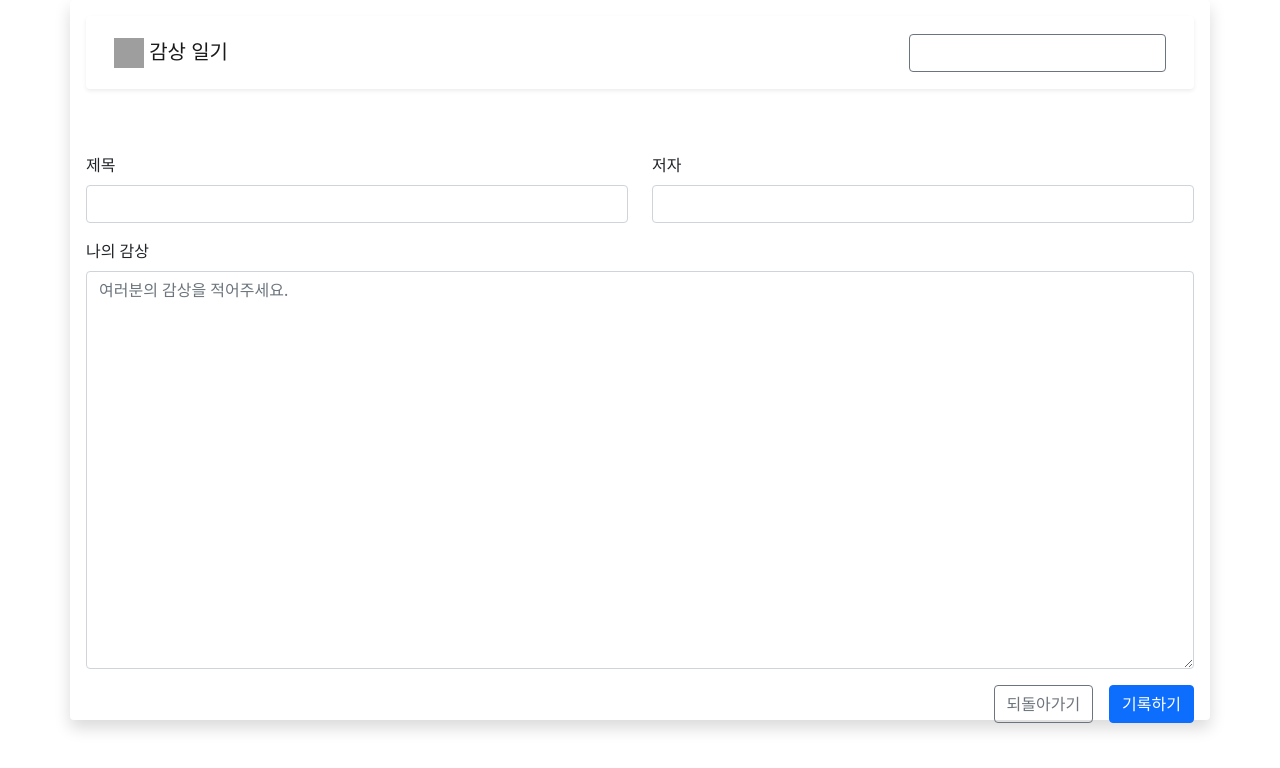
Repository: EunSung98/readMemo
Page: http://localhost/cultureMemoProject/memo/upload.jsp
The author's editor kept a copy of each file at every save. The page is drawn from the files as they stood at one save, then again after the next save.
The browser window is 1280 px wide. The pictures show the whole page.
Pictures or frames that could not be fetched are drawn as grey boxes. The page is served by Tomcat 9.

Above is the page before, as saved 2023-06-07 12:51:29.

After the next save:
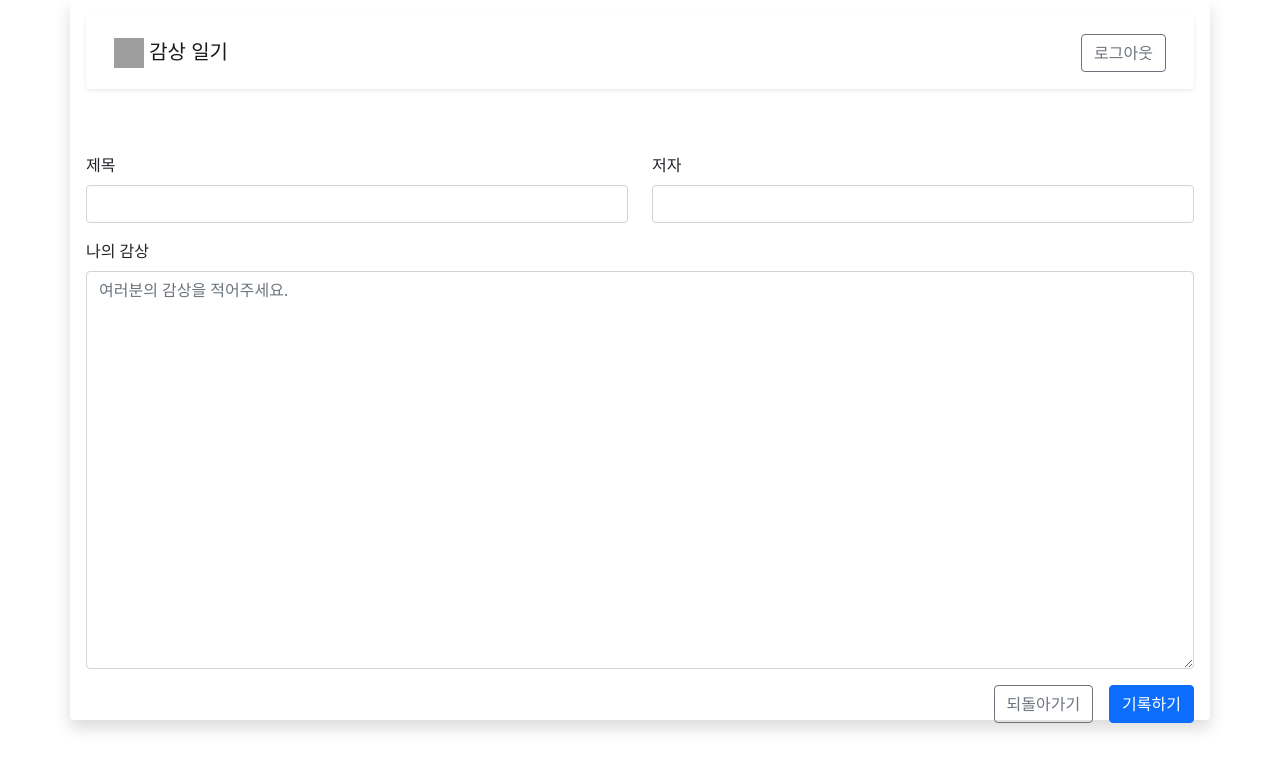
Saved 64 s later.
--- a/cultureMemoProject/src/main/webapp/header.jsp
+++ b/cultureMemoProject/src/main/webapp/header.jsp
@@ -15,7 +15,8 @@
       <img src="https://cdn-icons-png.flaticon.com/512/3238/3238016.png" alt="" width="30" height="30" class="d-inline-block align-text-top">
       감상 일기
     </a>
-    <input class="btn btn-outline-secondary">
+    <input class="btn btn-outline-secondary" type="button" value="로그아웃"
+    	onclick="location.href='login.jsp'">
   </div>
 </nav>
 </body>
